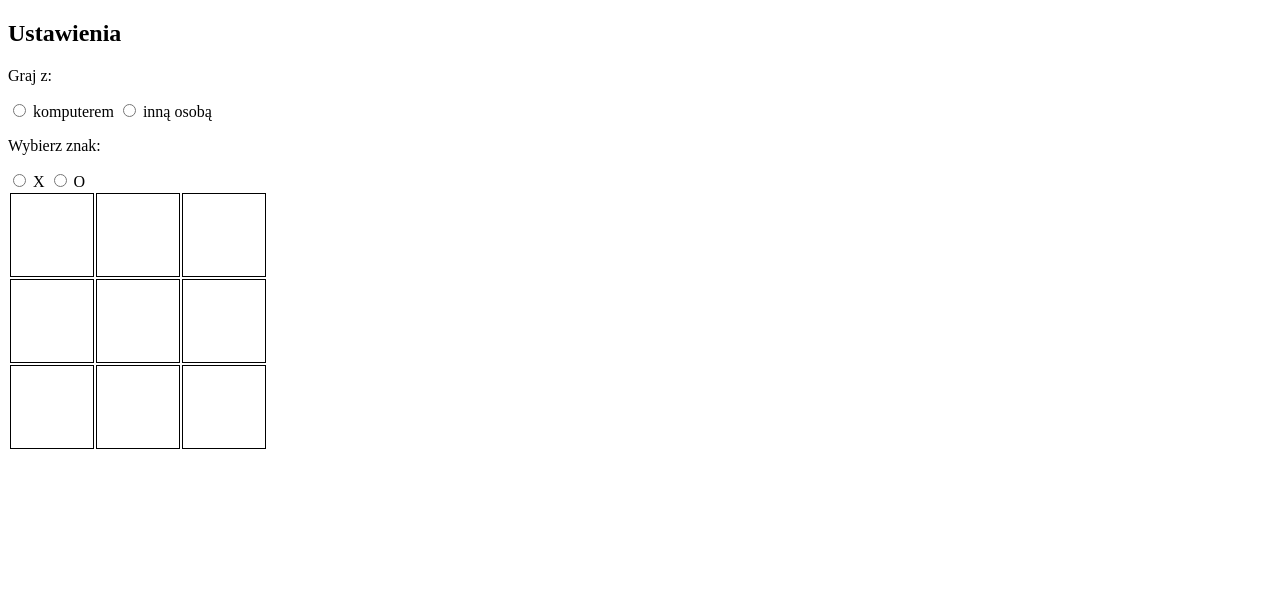
Repository: SebastianArmata22/Tic-Tac-Toe
Page: index.html
These files come from the project's save history. The page is drawn as it stood at one moment and after the next save; the edit follows.
The browser window is 1280 px wide. The pictures show the whole page.

Above is the page before, as saved 2020-11-03 14:12:42.

After the next save:
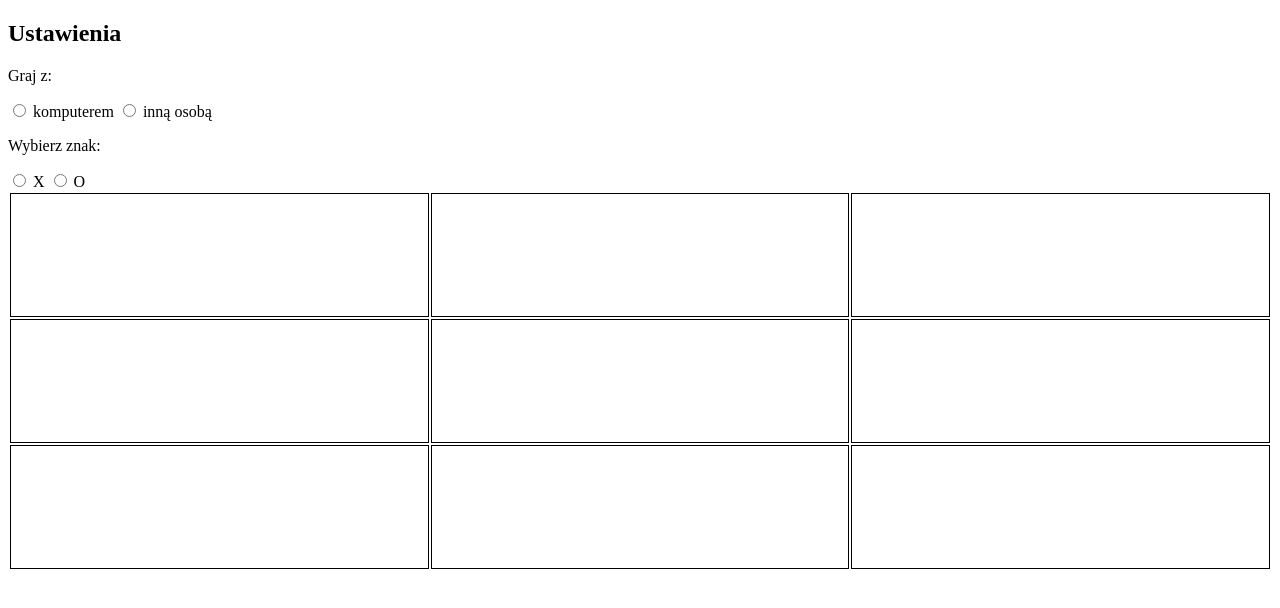
Saved 13 s later.
--- a/style.css
+++ b/style.css
@@ -1,5 +1,5 @@
 th{
 border: 1px solid black;
-height: 80px;
-width: 80px;
+height: 120px;
+width: 1200px;
 }
